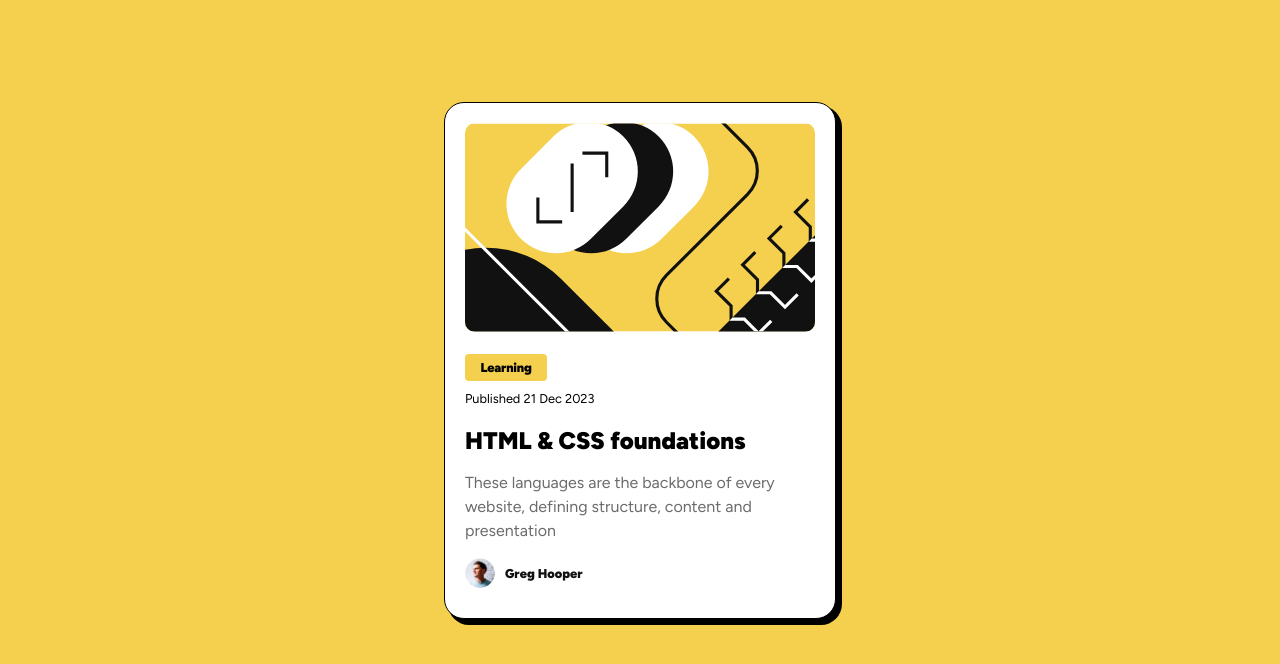
Repository: brandontaylor1/blogpreviewcard
Page: index.html
The author's editor kept a copy of each file at every save. The page is drawn from the files as they stood at one save, then again after the next save.
The browser window is 1280 px wide. The pictures show the whole page.

Above is the page before, as saved 2024-12-25 12:27:06.

After the next save:
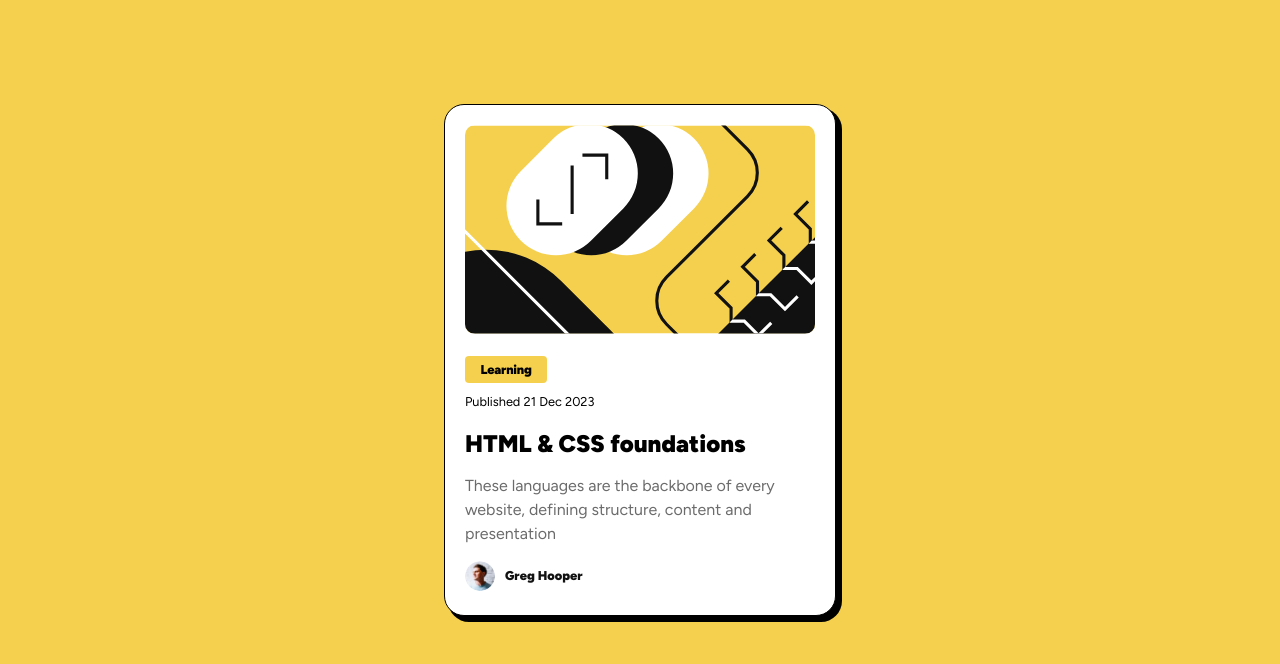
Saved 11 s later.
--- a/index.css
+++ b/index.css
@@ -38,7 +38,7 @@ body {
 
 .container {
     width: 350px;
-    height: 475px;
+    height: 470px;
     margin: 0 auto;
     padding: 0 20px;
     background-color: var(--primary-white);
